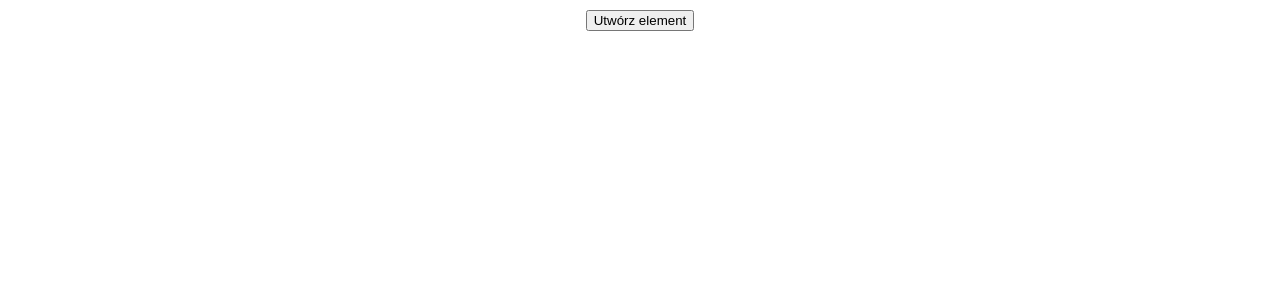
Repository: KasiaJakubowska/square-and-circle
Page: index.html
These files come from the project's save history. The page is drawn as it stood at one moment and after the next save; the edit follows.
The browser window is 1280 px wide. The pictures show the whole page.
After loading, the first visible `button` was clicked once.

Above is the page before, as saved 2019-02-22 22:16:20.

### index.html
<!DOCTYPE html>
<html lang="en">

<head>
    <meta charset="UTF-8">
    <meta name="viewport" content="width=device-width, initial-scale=1.0">
    <meta http-equiv="X-UA-Compatible" content="ie=edge">
    <title>Document</title>
    <style>
        button {
            display: block;
            margin: 10px auto;
        }
        div {
            width: 30px;
            height: 30px;
            background-color: black;
            margin: 5px;
            float: left;
            color: white;
            text-align: center;
            line-height: 30px;
        }
        .circle {
            background-color: azure;
            border-radius: 50%;
            color: black;
            border: 2px solid black;
        }
    </style>
</head>

<body>

   <button>Utwórz element</button>
   <script>
   const btn = document.querySelector("button");
   btn.addEventListener("click", function() {
       console.log("klik!");
   })
   </script>
</body>

</html>

After the next save:
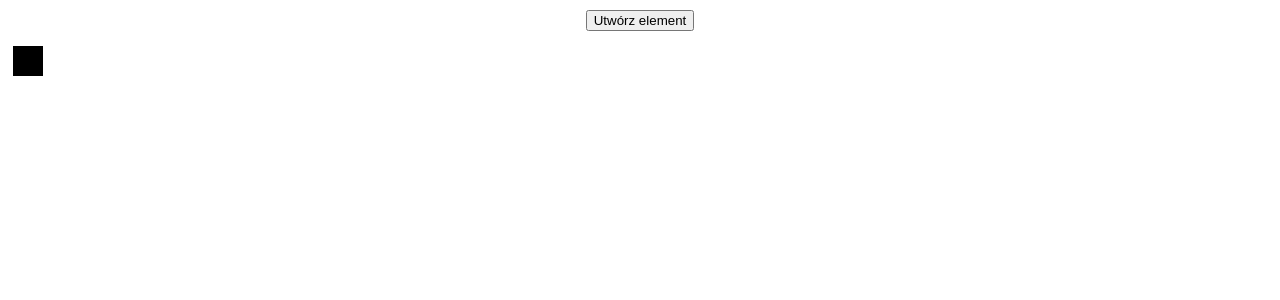
Saved 7 min 18 s later.
--- a/index.html
+++ b/index.html
@@ -36,8 +36,10 @@
    <script>
    const btn = document.querySelector("button");
    btn.addEventListener("click", function() {
-       console.log("klik!");
-   })
+    //    console.log("klik!");
+    const div = document.createElement('div')
+    document.body.appendChild(div);
+   } )
    </script>
 </body>
 
